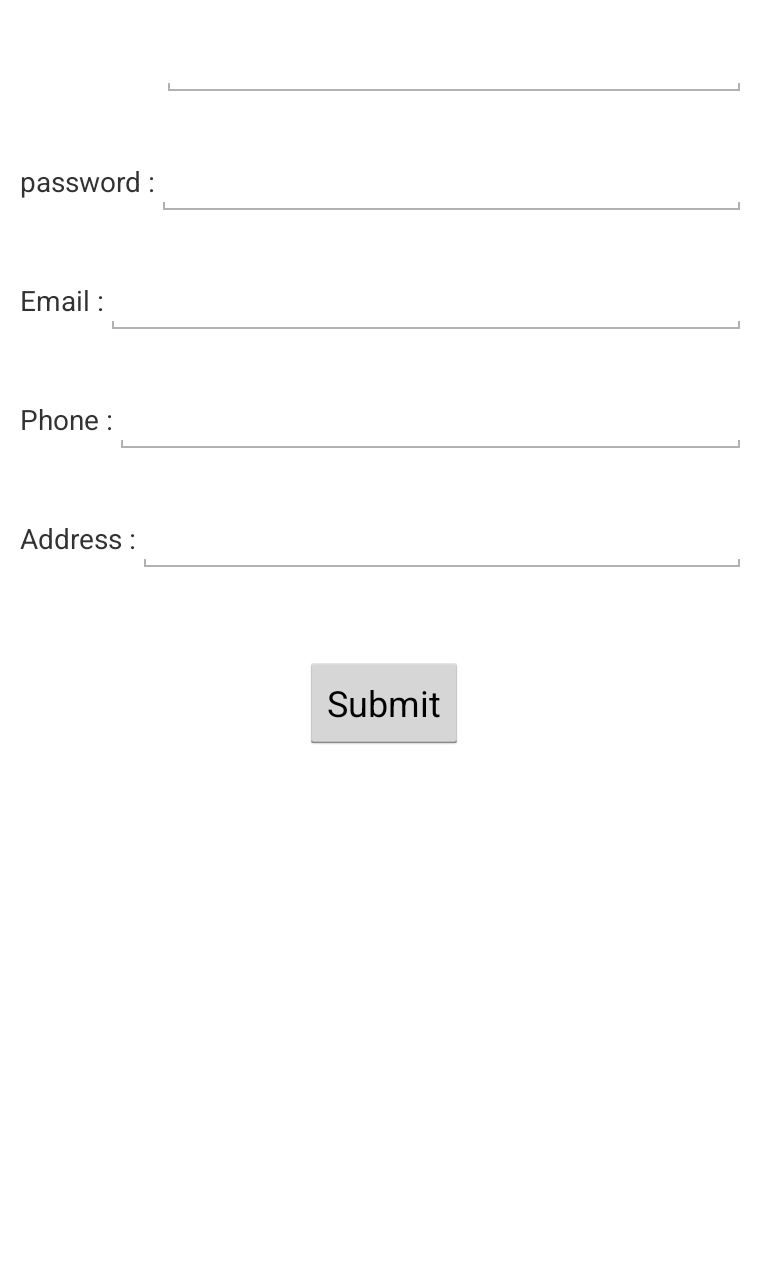
Repository: AnithaGorli/Android
Layout: CustomerApplication/res/layout/login.xml
These files come from the project's save history. The layout is drawn as it stood at one moment and after the next save; the edit follows.
It is drawn on a 768 x 1280 px phone screen (xhdpi) without system bars, with theme AppTheme; the app's code is not run.

Above is the layout before, as saved 2014-09-09 11:17:01.

### CustomerApplication/res/layout/login.xml
<?xml version="1.0" encoding="utf-8"?>
<LinearLayout xmlns:android="http://schemas.android.com/apk/res/android"
    android:layout_width="match_parent"
    android:layout_height="match_parent"
    android:orientation="vertical" >

<LinearLayout
        android:id="@+id/l1"
        android:layout_width="match_parent"
        android:layout_height="wrap_content"
        android:padding="10dp" >

        <TextView
            android:id="@+id/user_txt"
            android:layout_width="wrap_content"
            android:layout_height="wrap_content"
            android:text="@string/username"
            android:textColor="#ffffff" />

        <EditText
            android:id="@+id/user_edt"
            android:layout_width="match_parent"
            android:layout_height="wrap_content"
            android:inputType="text" />
    </LinearLayout>

    <LinearLayout
        android:id="@+id/l2"
        android:layout_width="match_parent"
        android:layout_height="wrap_content"
        android:padding="10dp" >

        <TextView
            android:id="@+id/pwd_txt"
            android:layout_width="wrap_content"
            android:layout_height="wrap_content"
            android:text="@string/password"
            />

        <EditText
            android:id="@+id/pwd_edt"
            android:layout_width="match_parent"
            android:layout_height="wrap_content"
            android:inputType="text"
            android:password="true" />
    </LinearLayout>
    <LinearLayout
        android:id="@+id/l3"
        android:layout_width="match_parent"
        android:layout_height="wrap_content"
        android:padding="10dp" >

        <TextView
            android:id="@+id/email_txt"
            android:layout_width="wrap_content"
            android:layout_height="wrap_content"
            android:text="@string/email"
             />

        <EditText
            android:id="@+id/email_edt"
            android:layout_width="match_parent"
            android:layout_height="wrap_content"
            android:inputType="text" />
    </LinearLayout>
    <LinearLayout
        android:id="@+id/l4"
        android:layout_width="match_parent"
        android:layout_height="wrap_content"
        android:padding="10dp" >

        <TextView
            android:id="@+id/phn_txt"
            android:layout_width="wrap_content"
            android:layout_height="wrap_content"
            android:text="@string/phone"
           />

        <EditText
            android:id="@+id/phn_edt"
            android:layout_width="match_parent"
            android:layout_height="wrap_content"
            android:inputType="text" />
    </LinearLayout>
    <LinearLayout
        android:id="@+id/l5"
        android:layout_width="match_parent"
        android:layout_height="wrap_content"
        android:padding="10dp" >

        <TextView
            android:id="@+id/address_txt"
            android:layout_width="wrap_content"
            android:layout_height="wrap_content"
            android:text="@string/address"
            />

        <EditText
            android:id="@+id/address_edt"
            android:layout_width="match_parent"
            android:layout_height="wrap_content"
            android:inputType="text" />
    </LinearLayout>

    <Button
        android:id="@+id/submit_btn"
        android:layout_width="wrap_content"
        android:layout_height="wrap_content"
        android:text="@string/submit"
        android:layout_marginTop="30dp"
        android:layout_gravity="center_horizontal"
        />

</LinearLayout>

### CustomerApplication/res/values/strings.xml
<resources>

    <string name="app_name">CustomerApplication</string>
<string name="username">Username :</string>
<string name="password">password :</string>
<string name="email">Email :</string>
<string name="phone">Phone :</string>
<string name="address">Address :</string>
<string name="submit">Submit</string>
<string name="login">Login</string>
<string name="introduction">WELCOME CUSTOMERS</string>
</resources>

Loaded but not shown: CustomerApplication/res/values/styles.xml (common file); CustomerApplication/res/values-v11/styles.xml (common file); CustomerApplication/res/values-v14/styles.xml (common file)

After the next save:
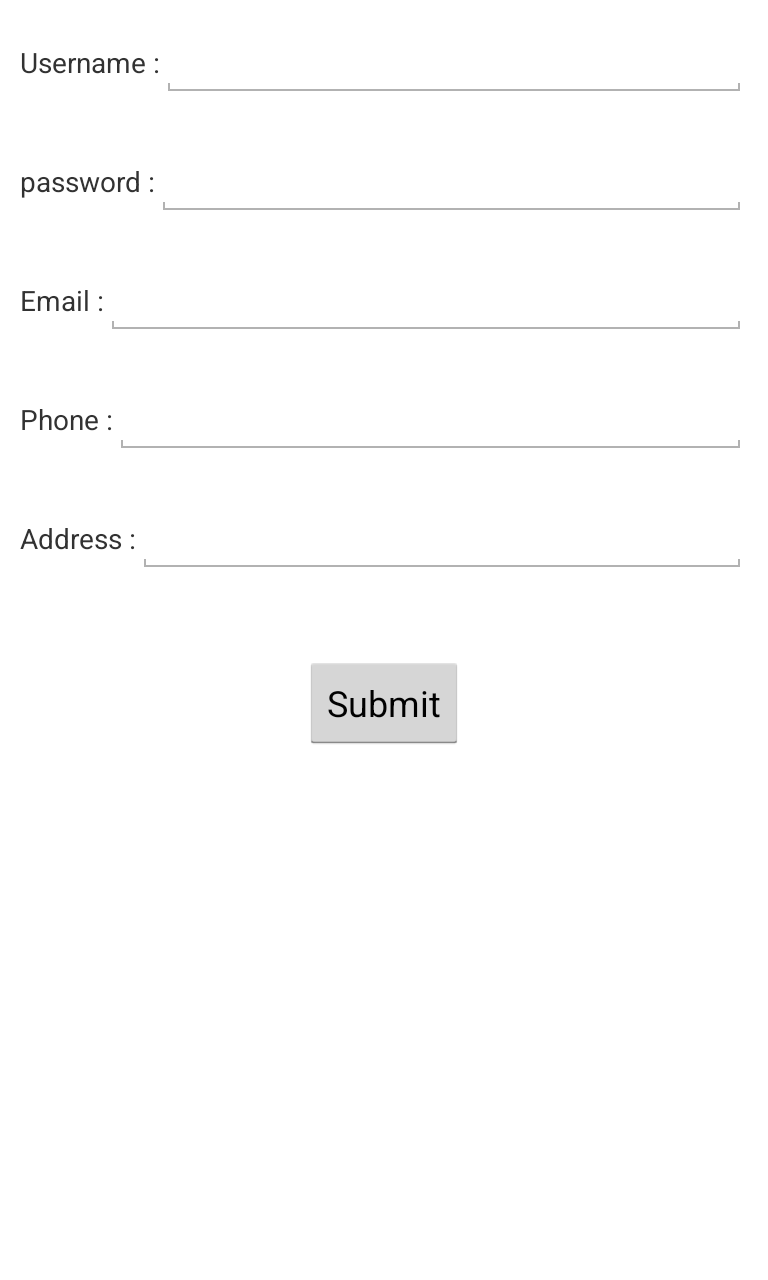
Saved 114 s later.
--- a/CustomerApplication/res/layout/login.xml
+++ b/CustomerApplication/res/layout/login.xml
@@ -15,7 +15,7 @@
             android:layout_width="wrap_content"
             android:layout_height="wrap_content"
             android:text="@string/username"
-            android:textColor="#ffffff" />
+             />
 
         <EditText
             android:id="@+id/user_edt"
